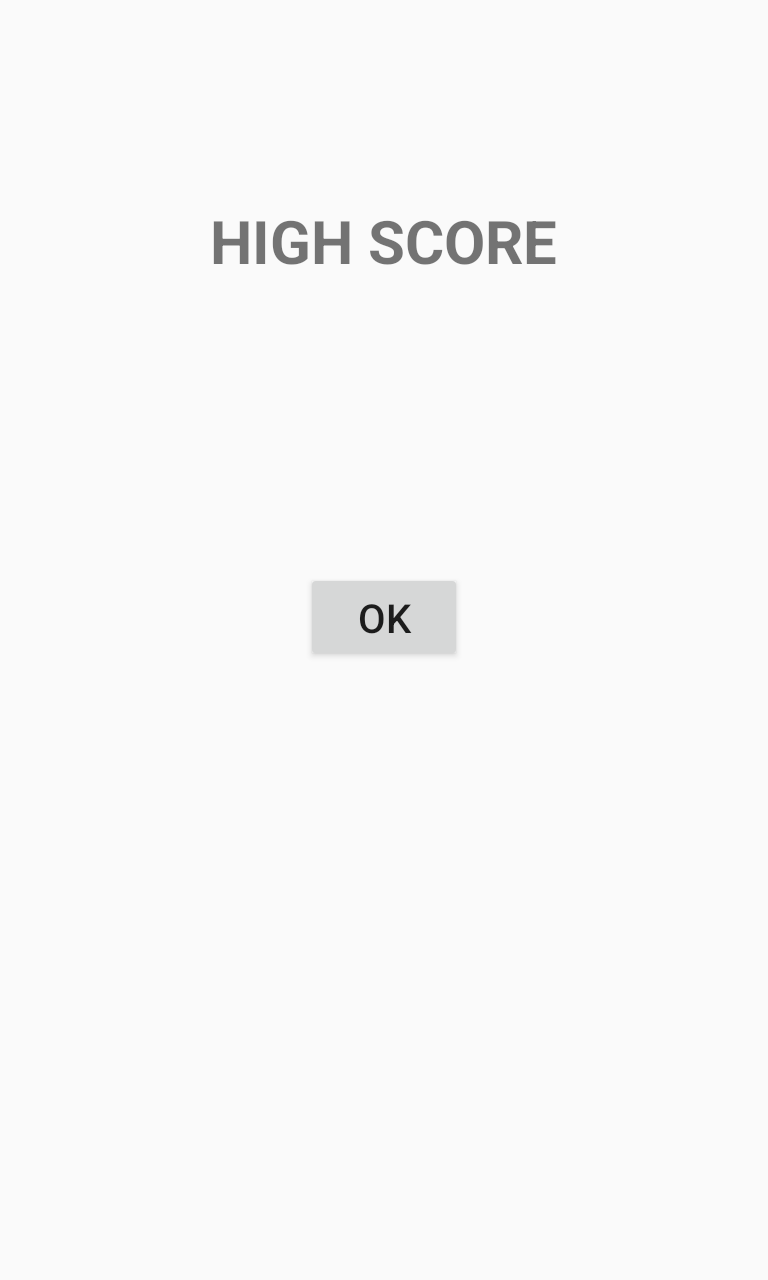
Repository: JoanneCaroll/Mathbomb
Layout: MathBomb/res/layout/activity_highscore.xml
An editor plug-in stored every save of this project. The layout is shown before and after the next save, followed by the edit.
It is drawn on a 768 x 1280 px phone screen (xhdpi) without system bars, with theme AppTheme; the app's code is not run.

Above is the layout before, as saved 2014-11-13 04:08:40.

After the next save:
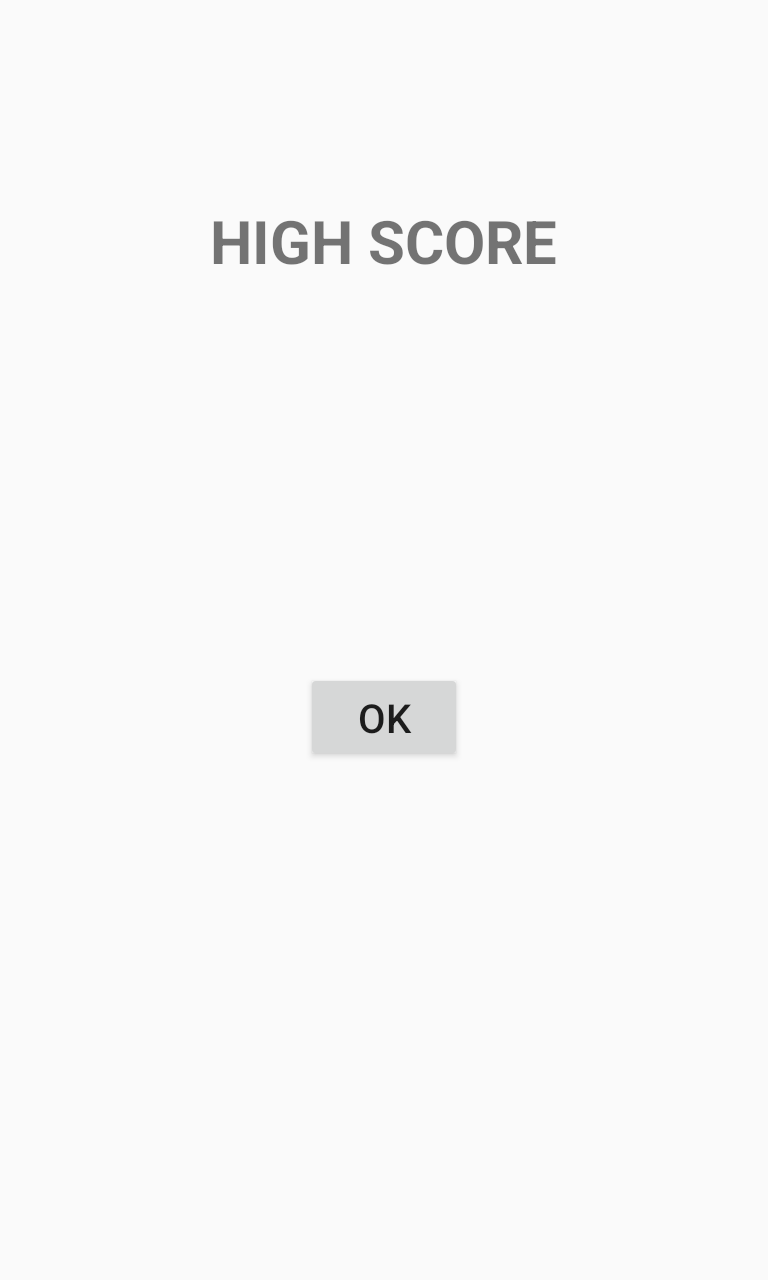
Saved 37 s later.
--- a/MathBomb/res/layout/activity_highscore.xml
+++ b/MathBomb/res/layout/activity_highscore.xml
@@ -23,7 +23,7 @@
             android:layout_height="wrap_content"
             android:textSize="20dp"
             android:textStyle="bold"
-            android:paddingRight="50dp" />
+            android:paddingBottom="50dp"/>
 
     <LinearLayout
         android:layout_width="match_parent"
